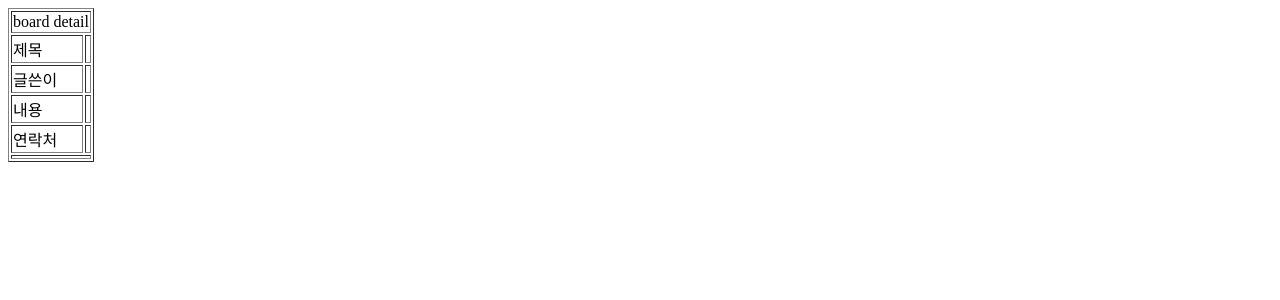
Repository: k0603156/JAVA
Page: http://localhost/StartBoard/detail.jsp
These files come from the project's save history. The page is drawn as it stood at one moment and after the next save; the edit follows.
The browser window is 1280 px wide. The pictures show the whole page.
The page is served by Tomcat 9. Other server files are loaded and not shown.

Above is the page before, as saved 2020-03-11 06:14:57.

### SERVLET/workspace/StartBoard/WebContent/detail.jsp
<%@ page language="java" contentType="text/html; charset=UTF-8"
    pageEncoding="UTF-8"%>
<!DOCTYPE html>
<html>
<head>
<meta charset="UTF-8">
<title>detail.jsp</title>
</head>
<body>
<table border="1">
		<tr>
		<td colspan="2" style="text-align: center;">board detail</td>
		</tr>
		<tr>
			<td>제목</td>
			<td></td>
		</tr>
		<tr>
			<td>글쓴이</td>
			<td></td>
		</tr>
		<tr>
			<td>내용</td>
			<td></td>
		</tr>
		<tr>
			<td>연락처</td>
			<td></td>
		</tr>
		<tr>
		<td colspan="2" style="text-align: center;">

		</td>
		</tr>
	</table>
</body>
</html>

After the next save:
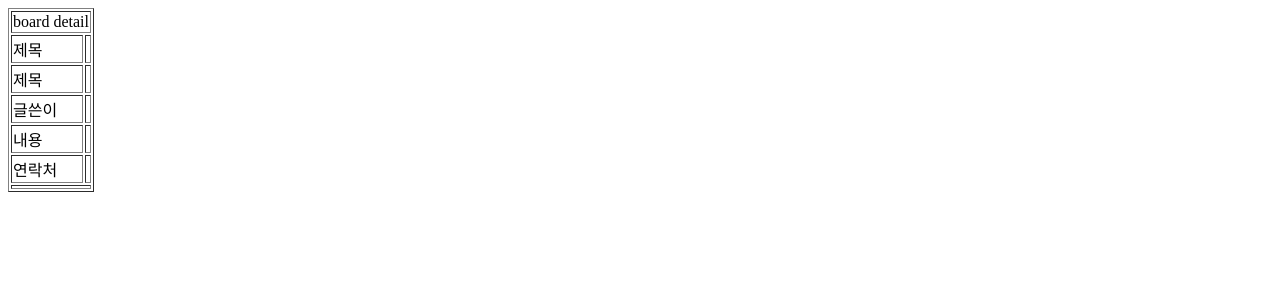
Saved 24 s later.
--- a/SERVLET/workspace/StartBoard/WebContent/detail.jsp
+++ b/SERVLET/workspace/StartBoard/WebContent/detail.jsp
@@ -10,6 +10,10 @@
 <table border="1">
 		<tr>
 		<td colspan="2" style="text-align: center;">board detail</td>
+		</tr>
+				<tr>
+			<td>제목</td>
+			<td></td>
 		</tr>
 		<tr>
 			<td>제목</td>
